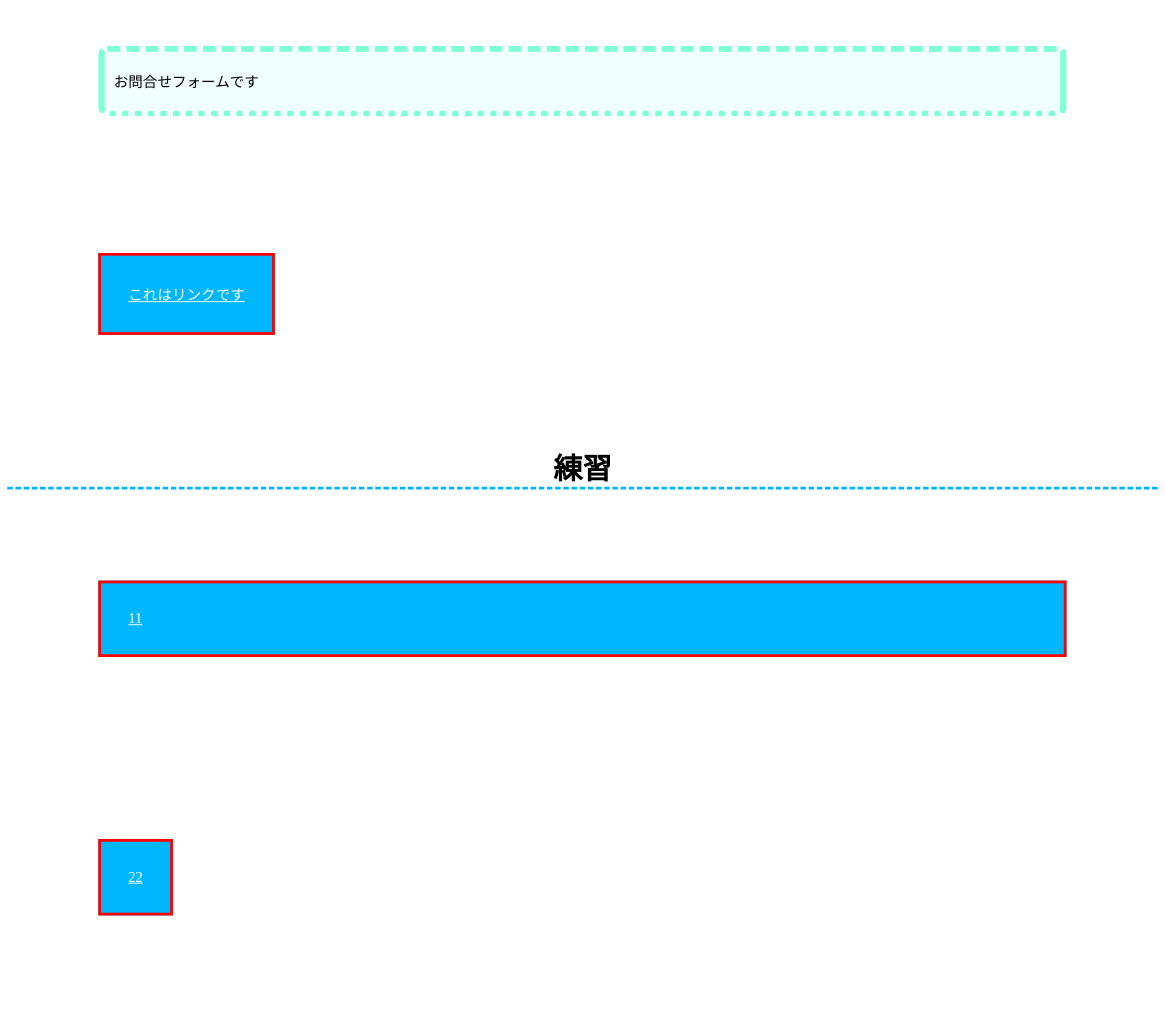
Repository: Jutta197/frontend726
Page: css_ex/box_model/index.html
These files come from the project's save history. The page is drawn as it stood at one moment and after the next save; the edit follows.
The browser window is 1280 px wide. The pictures show the whole page, at 91% of full size.

Above is the page before, as saved 2023-07-28 15:55:34.

After the next save:
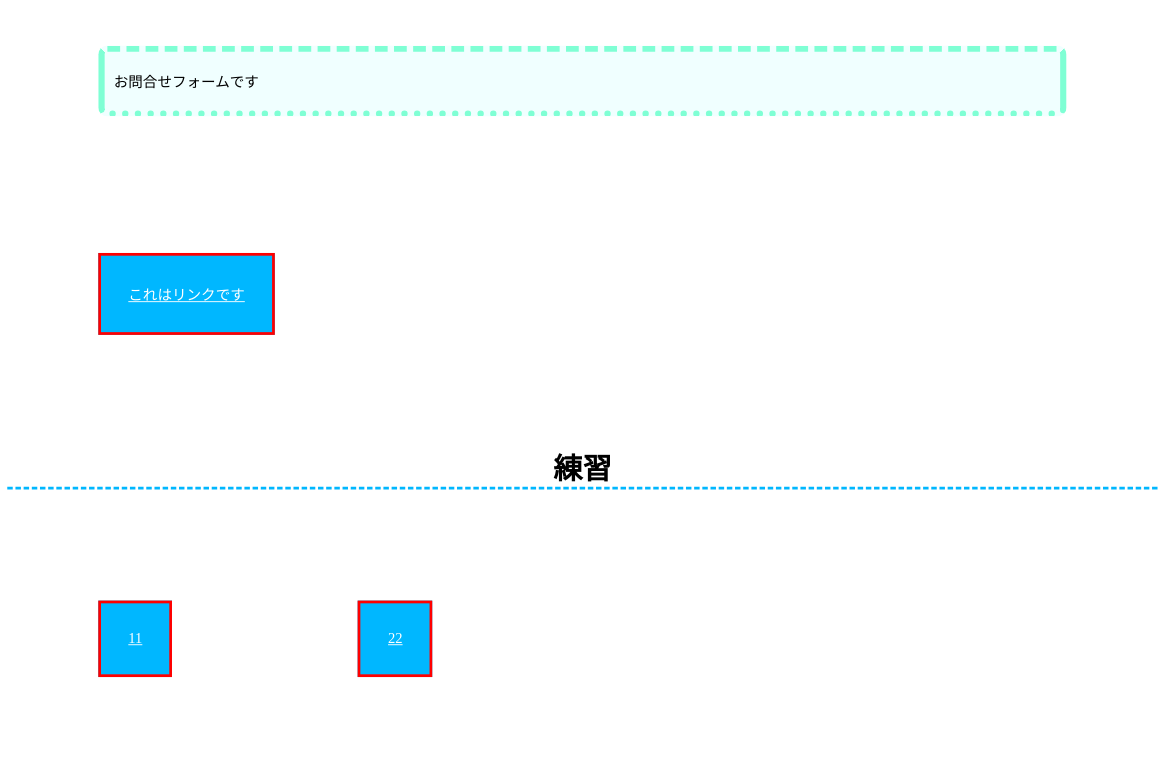
Saved 42 s later.
--- a/css_ex/box_model/index.html
+++ b/css_ex/box_model/index.html
@@ -12,7 +12,7 @@
     <p>お問合せフォームです</p>
     <a href="">これはリンクです</a>
     <h1>練習</h1>
-    <a href="" id="a">11</a>
+    <a href="" id="b">11</a>
     <a href="">22</a>
 
 </body>

After the save that followed:
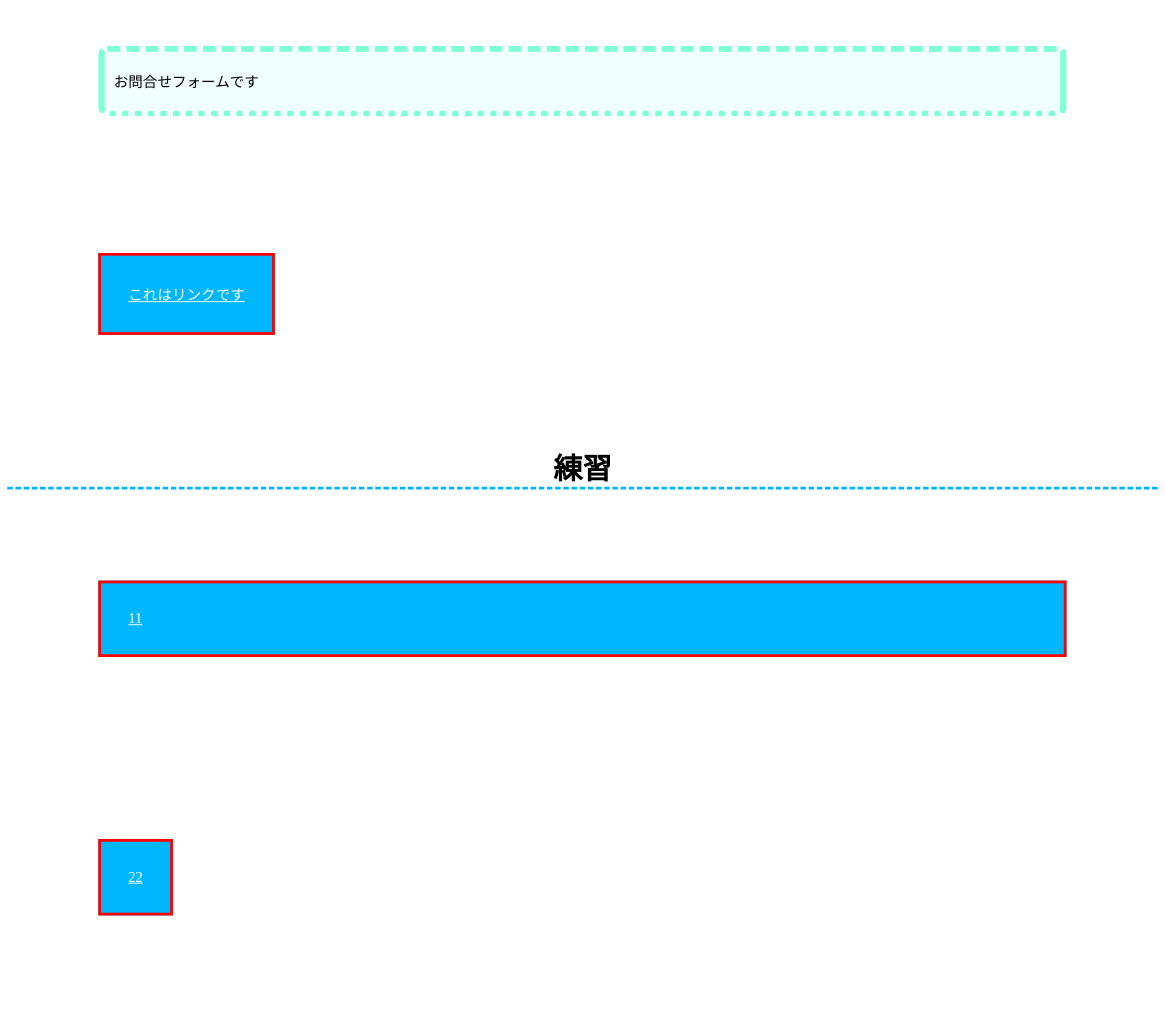
Saved 6 s later.
--- a/css_ex/box_model/style.css
+++ b/css_ex/box_model/style.css
@@ -25,6 +25,6 @@ h1 {
 
 }
 
-#a {
+#b {
     display: block;
 }
